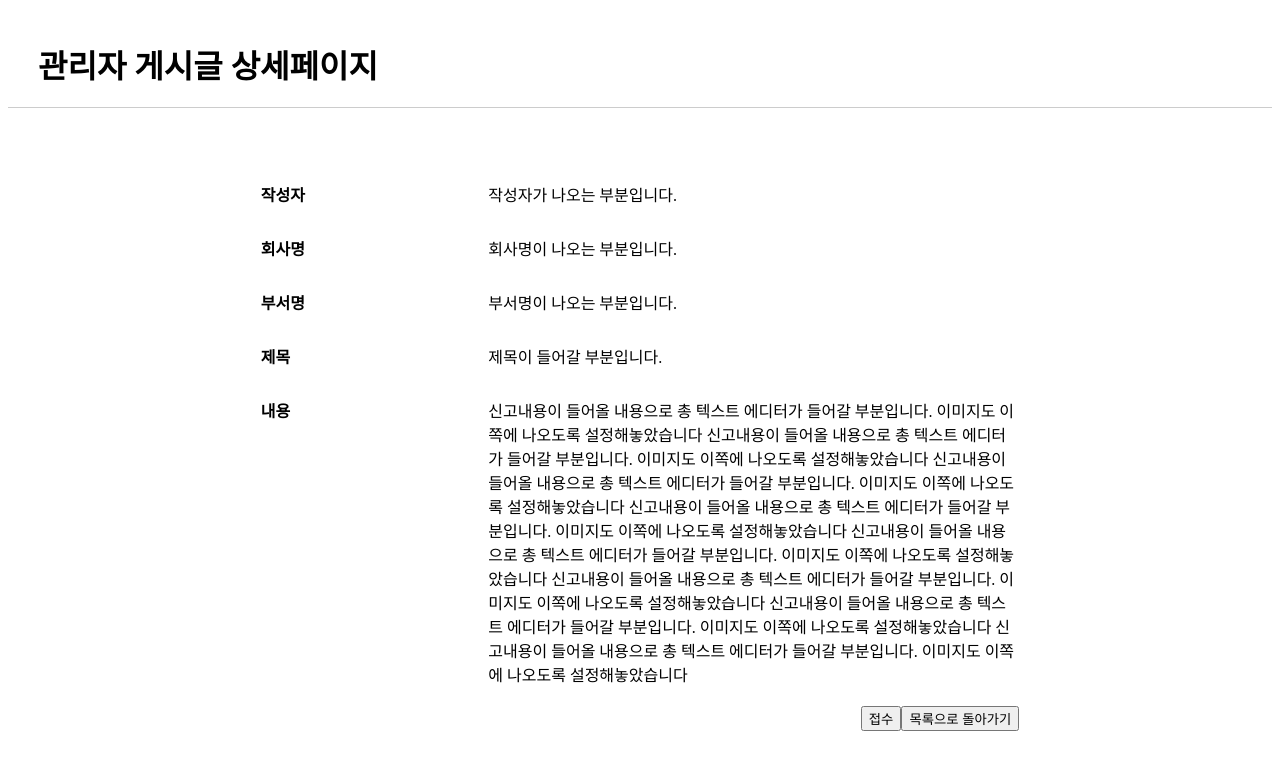
Repository: thdtjdgml415/exVoc
Page: /AdminView/1
The author's editor kept a copy of each file at every save. The page is drawn from the files as they stood at one save, then again after the next save.
The browser window is 1280 px wide. The pictures show the whole page.
The project was rebuilt for these pictures with package versions that can differ from the ones it lists, and the page was loaded fresh each time. Also part of the build but not shown: src/components/table/CommonTable.css, src/components/table/CommonTable.js, src/components/table/CommonTableColumn.js, src/components/table/CommonTableRow.js, src/components/table/CommonTableWriteBtn.js, src/Page/PostList.js, src/Page/PostMain.js, src/Page/PostView.js and 4 more.

Above is the page before, as saved 2023-01-13 16:08:12.

### public/index.html
<!DOCTYPE html>
<html lang="en">
<head>
  <meta charset="UTF-8">
  <meta http-equiv="X-UA-Compatible" content="IE=edge">
  <meta name="viewport" content="width=device-width, initial-scale=1.0">
  <title>게시판</title>
</head>
<body>
  <div id="root"></div>
</body>
</html>

### src/App.js
import { BrowserRouter, Routes,  Route } from 'react-router-dom';
import PostMain from './Page/PostMain';
import PostView from './Page/PostView';
import Registration from './Page/Registration';
import AdminList from './Page/AdminList';
import AdminView from './Page/AdminView';

function App() {
  return (
    <div className='App'>
      <BrowserRouter>
        <Routes>
          <Route path='/' element={<Registration/>}/>
          <Route path='/postView/:no' element={<PostView/>}/>
          <Route path='/PostMain' element= {<PostMain/>}/>
          <Route path='/Page/AdminList' element= {<AdminList/>}/>
          <Route path='/AdminView/:no' element= {<AdminView/>}/>
        </Routes>
      </BrowserRouter>
    </div>
  )
}

export default App;

### src/Page/AdminView.js
import React, { useEffect, useState } from 'react';
import { useNavigate, useParams } from 'react-router';
import { getPostByNo } from '../Data';
import './Post.css'
import '../components/modal/common.css'
import AcceptModal from '../components/modal/AcceptModal'


const AdminView = ({ }) => {
  const [ data, setData ] = useState({});
  const navigator = useNavigate();
  const { no } = useParams();

  const [adminViewModal, setAdminViewModal] = useState(false);

  const openModal = () => {
    setAdminViewModal(true);
  };
  const closeModal = () => {
    setAdminViewModal(false);
  };

    useEffect(() => {
      setData(getPostByNo(no));
    }, [ ]);

  return (
    <>
      <h1>관리자 게시글 상세페이지</h1>
      <div className="post-view-wrapper">
          <>
            <div className="post-view-row">
              <label>작성자</label>
              <label>작성자가 나오는 부분입니다.</label>
            </div>
            <div className="post-view-row">
              <label>회사명</label>
              <label>회사명이 나오는 부분입니다.</label>
            </div>
            <div className="post-view-row">
              <label>부서명</label>
              <label>부서명이 나오는 부분입니다.</label>
            </div>
            <div className="post-view-row">
              <label>제목</label>
              <label>제목이 들어갈 부분입니다.</label>
            </div>
            <div className="post-view-row">
              <label>내용</label>
              <label>
                신고내용이 들어올 내용으로 총 텍스트 에디터가 들어갈 부분입니다. 이미지도 이쪽에 나오도록 설정해놓았습니다
                신고내용이 들어올 내용으로 총 텍스트 에디터가 들어갈 부분입니다. 이미지도 이쪽에 나오도록 설정해놓았습니다
                신고내용이 들어올 내용으로 총 텍스트 에디터가 들어갈 부분입니다. 이미지도 이쪽에 나오도록 설정해놓았습니다
                신고내용이 들어올 내용으로 총 텍스트 에디터가 들어갈 부분입니다. 이미지도 이쪽에 나오도록 설정해놓았습니다
                신고내용이 들어올 내용으로 총 텍스트 에디터가 들어갈 부분입니다. 이미지도 이쪽에 나오도록 설정해놓았습니다
                신고내용이 들어올 내용으로 총 텍스트 에디터가 들어갈 부분입니다. 이미지도 이쪽에 나오도록 설정해놓았습니다
                신고내용이 들어올 내용으로 총 텍스트 에디터가 들어갈 부분입니다. 이미지도 이쪽에 나오도록 설정해놓았습니다
                신고내용이 들어올 내용으로 총 텍스트 에디터가 들어갈 부분입니다. 이미지도 이쪽에 나오도록 설정해놓았습니다
              </label>
            </div>
          </>
        <div className='post-view-btn-wrap'>
          <React.Fragment>
              <div className="btn">
                <button className="registBtn__admin" style={{marginLeft: '10px'}} onClick={openModal}>
                  접수
                </button>
                <button onClick={() => navigator(-1)}>목록으로 돌아가기</button>
                <AcceptModal open={adminViewModal} close={closeModal}>
                  접수하시겠습니까?
                </AcceptModal>
              </div>
          </React.Fragment>
        </div>
      </div>
    </>
  )
}

export default AdminView;

### src/Data.js
const postList = [
    {
        "no": 1,
        "title": "첫번째 게시글입니다.",
        "content": "첫번째 게시글 내용입니다.",
        "createDate": "2023-01-12"
      },
      {
        "no": 2,
        "title": "두번째 게시글입니다.",
        "content": "두번째 게시글 내용입니다.",
        "createDate": "2023-01-12"
      },
      {
        "no": 3,
        "title": "세번째 게시글입니다.",
        "content": "세번째 게시글 내용입니다.",
        "createDate": "2023-01-12"
      },
      {
        "no": 4,
        "title": "네번째 게시글입니다.",
        "content": "네번째 게시글 내용입니다.",
        "createDate": "2023-01-12"
      },
      {
        "no": 5,
        "title": "다섯번째 게시글입니다.",
        "content": "다섯번째 게시글 내용입니다.",
        "createDate": "2023-01-12"
      },
]

const getPostByNo = no => {

    const array = postList.filter(x=>x.no===no);
    if(array.length == 1) {
        return array[1];
    }
    return null;
}

export {
    postList,
    getPostByNo
};

### src/Page/Post.css
.PostList-Wrap {
  padding-top: 10vw;

}

.post-view-wrapper {
    width: 60%;
    margin: 0 auto;
    margin-top: 5%;
  }
  .post-view-btn-wrap {
    display: flex;
    justify-content: flex-end;
  }
  .post-view-go-list-btn {
    border: 0;
    padding: 10px;
    background-color: #ccc;
  }

  .post-view-row {
    margin: 10px 0;
    display: flex;
  }

  .post-view-row > label:first-child {
    margin: 10px 0;
    width: 30%;
    font-weight: bold;
  }

  .post-view-row > *:nth-child(2) {
    margin: 10px 0;
    width: 70%;
  }

  .registBtn__admin {

  }

### src/components/modal/common.css
#container {
  display: flex;
  flex: 1;
  justify-content: center;
}

html {
  background-color: white;
}

h3 {
  padding: 0;
  -webkit-text-size-adjust: none;
}

h1 {
  padding: 20px 30px;

  border-bottom: 1px solid #ccc;

}

### src/Page/registration.css
.titleCon {
  margin-right: 25px;
}

.titleCon2 {
  margin-right: 10px;
}

.titleCon3 {
  margin-right: 42px;
}

.ck.ck-editor__editable:not(.ck-editor__nested-editable) {
  min-height: 400px;
  margin-bottom: 20px;
}

.btn {
  display: flex;
  justify-content: flex-end;
  margin-bottom: 30px;
}

.registBtn {
  margin-right: 10px;
}

.checkBtn {
  margin-left: 50px;
  margin-top: 30px;

}

.modalInput {
  margin-left: 20px;
}

.modalInput2 {
    margin-left: 6px;
  }

  .Post-write-wrap {
    display: flex;


  }
  .container__wrap {
    border: 1px solid #ccc;
    margin-left: 23%;
    padding: 10px 40px;
  }

### src/components/modal/AcceptModal.js
import React from "react";
import "../modal/modal.css";

const AcceptModal = (props) => {
  const { open, close } = props;

  return (
    <div className={open ? "openModal modal" : "modal"}>
      {open ? (
        <section>
          <main>{props.children}</main>
          <footer>
            <button className="ok">
             <a href="../../Page/AdminList" style={{color: 'white', textDecoration: 'none'}}>확인</a>
            </button>
            <button className="close" onClick={close}>
              취소
            </button>
          </footer>
        </section>
      ) : null}
    </div>
  );
};

export default AcceptModal;

### src/components/modal/modal.css
.modal {
  display: none;
  position: fixed;
  top: 0;
  right: 0;
  bottom: 0;
  left: 0;
  z-index: 99;
  background-color: rgba(0, 0, 0, 0.6);
}
.modal button {
  outline: none;
  cursor: pointer;
  border: 0;
}
.modal > section {
  width: 90%;
  max-width: 450px;
  margin: 0 auto;
  border-radius: 0.3rem;
  background-color: #fff;
  animation: modal-show 0.3s;
  overflow: hidden;
}

.modal > section > main {
  padding: 22px;
}
.modal > section > footer {
  padding: 18px 17px;
  text-align: right;
}
.modal > section > footer .close {
  padding: 6px 12px;
  color: #fff;
  background-color: #6c757d;
  border-radius: 5px;
  font-size: 13px;
}

.modal > section > footer .ok {
    padding: 6px 12px;
    color: #fff;
    background-color: #6c757d;
    border-radius: 5px;
    font-size: 13px;
    margin-right: 5px;
  }
.modal.openModal {
  display: flex;
  align-items: center;
  animation: modal-bg-show 0.3s;
}

Loaded but not shown: src/index.js (common file)

After the next save:
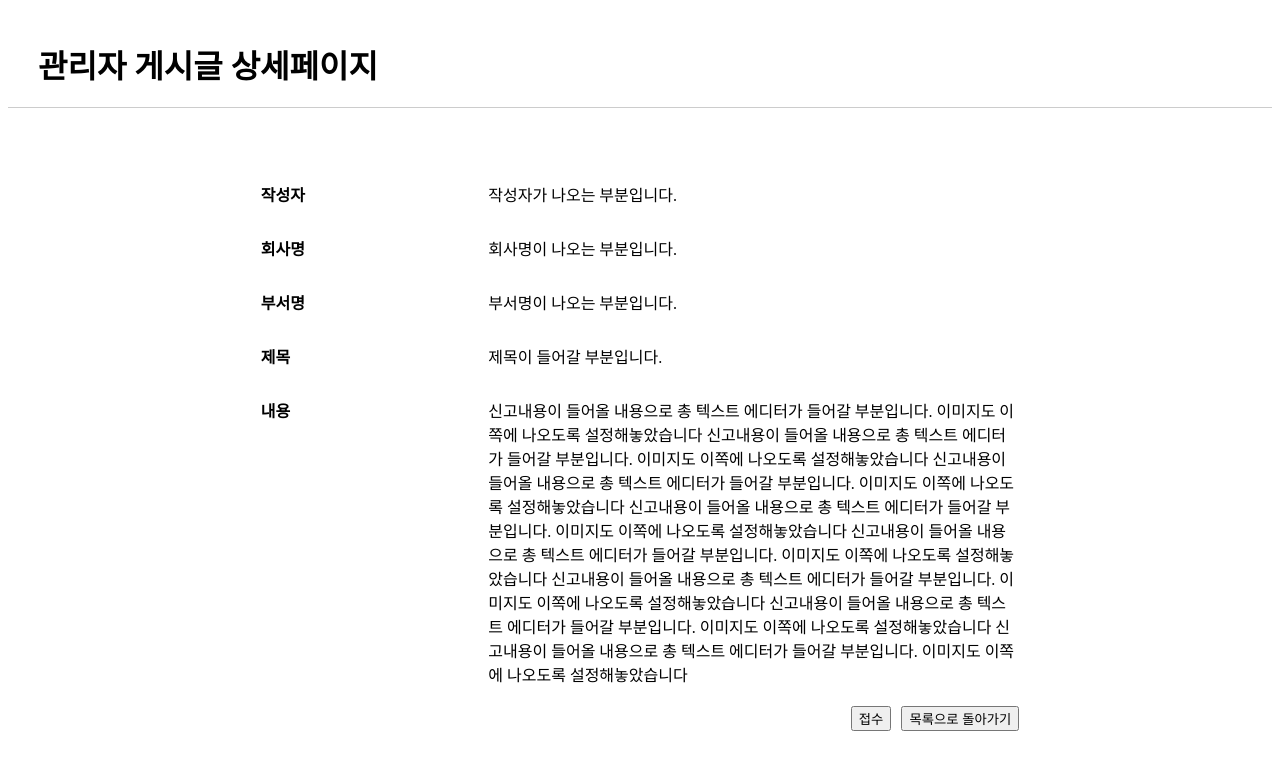
Saved 7 s later.
--- a/src/Page/AdminView.js
+++ b/src/Page/AdminView.js
@@ -62,7 +62,7 @@ const AdminView = ({ }) => {
         <div className='post-view-btn-wrap'>
           <React.Fragment>
               <div className="btn">
-                <button className="registBtn__admin" style={{marginLeft: '10px'}} onClick={openModal}>
+                <button className="registBtn__admin" style={{marginRight: '10px'}} onClick={openModal}>
                   접수
                 </button>
                 <button onClick={() => navigator(-1)}>목록으로 돌아가기</button>
